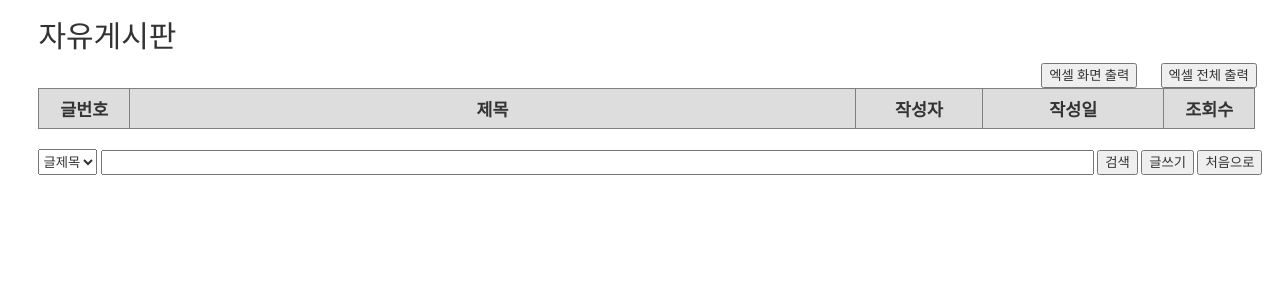
Repository: sser98/bowtech
Page: http://localhost/Board/WEB-INF/views/tiles1/board/list.jsp
These files come from the project's save history. The page is drawn as it stood at one moment and after the next save; the edit follows.
The browser window is 1280 px wide. The pictures show the whole page.
The page is served by Tomcat 9. Nobody is signed in. Other server files are loaded and not shown. The template is opened directly, without the code that normally fills it, so the values that code supplies are empty.

Above is the page before, as saved 2021-03-09 07:00:56.

### Board/src/main/webapp/WEB-INF/views/tiles1/board/list.jsp
<%@ page language="java" contentType="text/html; charset=UTF-8"
    pageEncoding="UTF-8"%>

<%@ taglib prefix="c" uri="http://java.sun.com/jsp/jstl/core" %>
<%@ taglib prefix="fmt" uri="http://java.sun.com/jstl/fmt" %>
<%@ taglib prefix="fn" uri="http://java.sun.com/jsp/jstl/functions" %>
<% String ctxPath = request.getContextPath(); %>

  <script src="https://ajax.googleapis.com/ajax/libs/jquery/3.5.1/jquery.min.js"></script>
  <script src="https://maxcdn.bootstrapcdn.com/bootstrap/3.4.1/js/bootstrap.min.js"></script>
  <link rel="stylesheet" href="https://maxcdn.bootstrapcdn.com/bootstrap/3.4.1/css/bootstrap.min.css">

<style type="text/css">

	* {
		font-family: "제주고딕";
		font-size: 10pt;
	}

	th {
		font-size: 13pt;
	}

	td {
		font-family: "제주고딕";
		font-size: 10pt;
	}

   table, th, td {border: solid 1px gray;}


    #table {width: 98%; border-collapse: collapse;}
    #table th, #table td {padding: 5px;}
    #table th {background-color: #DDD;}
    .subjectStyle {font-weight: bold;
                   color: navy;
                   cursor: pointer;}


    #searchWord {
    	width: 80%;
    }

    tr {
    	height: 30pt;
    }

    div#mycontent {
	    min-height: 600px;
	    padding-top: 20px;
    }

</style>

<script type="text/javascript">

   $(document).ready(function(){


      $("span.subject").bind("mouseover", function(event){
         var $target = $(event.target);
         $target.addClass("subjectStyle");

      });


      $("span.subject").bind("mouseout", function(event){
         var $target = $(event.target);
         $target.removeClass("subjectStyle");
      });


      $("input#searchWord").keyup(function(event){
         if(event.keyCode == 13) {
            // 엔터를 했을 경우
            goSearch();
         }

      });

      $("div#displayList").hide();

     // === #107. 검색어 입력시 자동글 완성하기 2 === //
      $("div#displayList").hide();
      $("input#searchWord").keyup(function(){

         var wordLength = $(this).val().length;
         // 검색어의 길이를 알아온다.

         if(wordLength == 0) {
            $("div#displayList").hide();
            // 검색어 입력후 백스페이스키를 눌러서 검색어를 모두 지우면 검색된 내용이 안 나오도록 해야 한다.
         }

         else {
            $.ajax({
               url:"<%= request.getContextPath()%>/wordSearchShow.action",
               type:"GET",
               data:{"searchType":$("select#searchType").val()
                   ,"searchWord":$("input#searchWord").val()},
               dataType:"JSON",
               success:function(json){
                  // === #112. 검색어 입력시 자동글 완성하기 7 === //
                  if(json.length > 0) {
                     // 검색된 데이터가 있는 경우임.

                     var html = "";

                     $.each(json, function(index, item){
                        var word = item.word;
                        var index = word.toLowerCase().indexOf($("input#searchWord").val().toLowerCase());
                        var len = $("input#searchWord").val().length;
                        var result = "<span style='color:blue;'>"+word.substr(0, index)+"</span><span style='color:red;'>"+word.substr(index, len)+"</span><span style='color:blue;'>"+word.substr(index+len)+"</span>";
                        html += "<span style='cursor:pointer;' class='result'>"+result+"</span><br>";
                     });

                     $("div#displayList").html(html);
                     $("div#displayList").show();

                  }
               },

               error: function(request, status, error){
                  alert("code: "+request.status+"\n"+"message: "+request.responseText+"\n"+"error: "+error);
                }
            });
         }

      });// end of $("input#searchWord").keyup()-----------------


     // === #113. 검색어 입력시 자동글 완성하기 8 === //
      $(document).on("click",".result",function(){
         var word = $(this).text();
         $("input#searchWord").val(word); // 텍스트박스에 검색된 결과의 문자열을 입력해준다.
         $("div#displayList").hide();
         goSearch();
      });



      // 검색시 검색조건 및 검색어 값 유지시키기
      if( ${not empty paraMap} ) {  // 또는 if( ${paraMap != null} ) {
         $("select#searchType").val("${paraMap.searchType}");
         $("input#searchWord").val("${paraMap.searchWord}");
      }




	   ///// === Excel 파일로 다운받기 시작 === /////
	   $("button#btnAllExcel").click(function(){


		   alert("AllExcel을 클릭 하였습니다.");
		   var frm = document.searchFrm;
		   frm.method = "POST";
		   frm.action = "<%= request.getContextPath()%>/downloadExcelFile.action";
		   frm.submit();
	   });

	   ///// === Excel 파일로 다운받기 끝 === /////

	   ///// === Excel 파일로 다운받기 시작 === /////
	   $("button#btnPageExcel").click(function(){

		   $("input#downLoadType").val("Y");
		   alert("PageExcel을 클릭 하였습니다.");
		   var frm = document.searchFrm;
		   frm.method = "POST";
		   frm.action = "<%= request.getContextPath()%>/downloadExcelFile.action";
		   frm.submit();

		   $("input#downLoadType").val("");
	   });

	   ///// === Excel 파일로 다운받기 끝 === /////

   });// end of $(document).ready(function(){})-------------------


   function goView(seq) {

      // === #124. 페이징 처리되어진 후 특정 글제목을 클릭하여 상세내용을 본 이후
      //           사용자가 목록보기 버튼을 클릭했을때 돌아갈 페이지를 알려주기 위해
      //           현재 페이지 주소를 뷰단으로 넘겨준다.
      var frm = document.goViewFrm;
      frm.seq.value = seq;

      var word=$("input#searchWord").val();
      var type=$("select#searchType").val();

      $("input[name=type]").val(type);
      $("input[name=word]").val(word);

      frm.method = "GET";
      frm.action = "<%= ctxPath%>/view.action";
      frm.submit();

   }// end of function goView(seq){}----------------------------------------------


   function goSearch() {
      var frm = document.searchFrm;
      frm.method = "GET";
      frm.action = "<%= request.getContextPath()%>/list.action";
      frm.submit();
   }// end of function goSearch() {}-----------------------


   function Write() {

	   location.href="<%=ctxPath%>/add.action";
   }


   function list() {

	   location.href="<%=ctxPath%>/list.action";
   }








</script>


<div style="padding-left: 3%;">
   <h2 style="margin-top: 20px;">자유게시판</h2>
   	<button id="btnAllExcel" style="float: right; margin-right: 17.4pt;">엑셀 전체 출력</button>
   	<button id="btnPageExcel" style="float: right; margin-right: 17.4pt;">엑셀 화면 출력</button>
   <table id="table">

      <tr>
         <th class="number" style="width: 50px;  text-align: center;">글번호</th>
         <th class="title"  style="width: 400px; text-align: center;">제목</th>
         <th class="author" style="width: 70px;  text-align: center;">작성자</th>
         <th class="registerdate" style="width: 100px; text-align: center;">작성일</th>
         <th class="viewcount" style="width: 50px;  text-align: center;">조회수</th>
      </tr>



      <c:forEach var="boardvo" items="${boardList}" varStatus="i">

	      <c:set var="subjectVal" value="${boardvo.subject}"/>
	      <c:set var="date" value="${boardvo.regDate}"/>
	      <c:set var="status" value="${boardvo.status}"/>
	      <c:set var="m" value="${i.index}"/>
	      <c:set var="num" value="${number-m}"/>

        <%-- === 글이 삭제된 경우 === --%>
        <c:choose>
	        <c:when test="${boardvo.status == 0}">
	        	<tr>
            	<td align="center">${num}</td>
	          	<td align="left">

	               <%-- 답변글이 아닌 원글인 경우 --%>
	               <c:if test="${boardvo.depthno == 0}">
							<span class="subject" style="color: gray;">작성자에 의해 삭제된 글입니다.</span>
	               </c:if>

	               <%-- 답변글인 경우 --%>
	               <c:if test="${boardvo.depthno > 0}">
	                  <span class="subject" style="color: gray;"><span style=" font-style: italic; padding-left: ${boardvo.depthno * 20}px;">└Re&nbsp;</span>작성자에 의해 삭제된 글입니다.</span>
	               </c:if>
	            </td>

	             <%-- === 댓글쓰기 및 답변형 및 파일첨부가 있는 게시판 끝 === --%>
			     <td align="center"><c:out value="${boardvo.name}"></c:out></td>
			     <td align="center">${fn:substring(date,0,10)}</td>
			     <td align="center">${boardvo.readCount}</td>
			  </tr>
	      	 </c:when>

	      	 <c:otherwise>
	      		<tr>
            	<td align="center">${num}</td>
	          	<td align="left">

			          <%-- === 댓글쓰기 및 답변형 및 파일첨부가 있는 게시판 시작 === --%>

			          <%-- 첨부파일이 없는 경우 --%>
			          <c:if test="${boardvo.fileName eq '0'}">
			               <%-- 답변글이 아닌 원글인 경우 --%>
			               <c:if test="${boardvo.depthno == 0}">
			                  <c:if test="${boardvo.commentCount > 0}">
									<span class="subject" onclick="goView('${boardvo.seq}')"><c:out value="${subjectVal}"></c:out><span style="vertical-align: super;">[<span style="color: red; font-size: 9pt; font-style: italic; font-weight: bold;">${boardvo.commentCount}</span>]</span> </span>
			                  </c:if>

			                  <c:if test="${boardvo.commentCount == 0}">

			                  	<c:choose>
			                  	<c:when test="${fn:length(subjectVal) > 60}">
			                  		<span class="subject" onclick="goView('${boardvo.seq}')"><c:out value=" ${fn:substring(subjectVal,0,60)}..."></c:out> </span>
			                  	</c:when>

			                  	<c:otherwise>
			                  		<span class="subject" onclick="goView('${boardvo.seq}')"><c:out value="${boardvo.subject}"></c:out></span>
			                  	</c:otherwise>
			                  	</c:choose>
			                </c:if>
			          </c:if>


			               <%-- 답변글인 경우 --%>
			               <c:if test="${boardvo.depthno > 0}">

			                  <c:if test="${boardvo.commentCount > 0}">
			                  <span class="subject" onclick="goView('${boardvo.seq}')"><span style="color: red; font-style: italic; padding-left: ${boardvo.depthno * 20}px;">└Re&nbsp;</span>${boardvo.subject} <span style="vertical-align: super;">[<span style="color: red; font-size: 9pt; font-style: italic; font-weight: bold;">${boardvo.commentCount}</span>]</span> </span>
			                  </c:if>

			                  <c:if test="${boardvo.commentCount == 0}">
			                  <span class="subject" onclick="goView('${boardvo.seq}')"><span style="color: red; font-style: italic; padding-left: ${boardvo.depthno * 20}px;">└Re&nbsp;</span>${boardvo.subject}</span>
			                  </c:if>
			               </c:if>
			          </c:if>


			          <%-- 첨부파일이 있는 경우 --%>
			          <c:if test="${boardvo.fileName ne '0'}">

			               <%-- 답변글이 아닌 원글인 경우 --%>
			               <c:if test="${boardvo.depthno == 0}">

			                  <c:if test="${boardvo.commentCount > 0}">

			                  <span class="subject" onclick="goView('${boardvo.seq}')">${boardvo.subject} <span style="vertical-align: super;">[<span style="color: red; font-size: 9pt; font-style: italic; font-weight: bold;">${boardvo.commentCount}</span>]</span> </span> &nbsp;<img src="<%= request.getContextPath()%>/resources/images/disk.gif" />
			                  </c:if>
			                  <c:if test="${boardvo.commentCount == 0}">
			                  <span class="subject" onclick="goView('${boardvo.seq}')">${boardvo.subject}</span> &nbsp;<img src="<%= request.getContextPath()%>/resources/images/disk.gif" />
			                  </c:if>
			               </c:if>

			               <%-- 답변글인 경우 --%>
			               <c:if test="${boardvo.depthno > 0}">
			                  <c:if test="${boardvo.commentCount > 0}">
			                  <span class="subject" onclick="goView('${boardvo.seq}')"><span style="color: red; font-style: italic; padding-left: ${boardvo.depthno * 20}px;">└Re&nbsp;</span>${boardvo.subject} <span style="vertical-align: super;">[<span style="color: red; font-size: 9pt; font-style: italic; font-weight: bold;">${boardvo.commentCount}</span>]</span> </span> &nbsp;<img src="<%= request.getContextPath()%>/resources/images/disk.gif" />
			                  </c:if>

			                  <c:if test="${boardvo.commentCount == 0}">
			                  <span class="subject" onclick="goView('${boardvo.seq}')"><span style="color: red; font-style: italic; padding-left: ${boardvo.depthno * 20}px;">└Re&nbsp;</span>${boardvo.subject}</span> &nbsp;<img src="<%= request.getContextPath()%>/resources/images/disk.gif" />
			                  </c:if>
			               </c:if>
			          </c:if>


			     </td>
			     		<%-- === 댓글쓰기 및 답변형 및 파일첨부가 있는 게시판 끝 === --%>
			            <td align="center"><c:out value="${boardvo.name}"></c:out></td>
			            <td align="center">${fn:substring(date,0,10)}</td>
			            <td align="center">${boardvo.readCount}</td>
			  </tr>
			 </c:otherwise>
      	</c:choose>
      </c:forEach>
   </table>

   <%-- === #122. 페이지바 보여주기 === --%>
   <div align="center" style="width: 70%; border: solid 0px gray; margin: 20px auto;">
      ${pageBar}
   </div>


   <%-- ~~~~~~~~~~~~~~~~~~~~~~~~~~~~~~~~~~~~~~~~~~~~~~~~~~~
             페이징 처리되어진 후 특정 글제목을 클릭하여 상세내용을 본 이후
        사용자가 목록보기 버튼을 클릭했을때 돌아갈 페이지를 알려주기 위해
        현재 페이지 주소를 뷰단으로 넘겨준다. --%>

   <form name="goViewFrm">
      <input type="hidden" name="seq" />
      <input type="hidden" name="gobackURL" style="width: 100%;" value="${gobackURL}"/>
   </form>

   <%-- === #101. 글검색 폼 추가하기 : 글제목, 글쓴이로 검색을 하도록 한다. === --%>
   <form name="searchFrm" title="검색유형" style="margin-bottom: 20px;">
      <select name="searchType" id="searchType" style="height: 26px;">
         <option value="subject" title="글제목" selected>글제목</option>
         <option value="name" title="글쓴이" >글쓴이</option>
      </select>
      <input type="text" title="검색어 입력" name="searchWord" id="searchWord" size="40" autocomplete="off" />
      <input type="hidden" name="downLoadType" id="downLoadType"/>
      <button type="button" title="검색" onclick="goSearch();">검색</button>
      <button type="button" title="글쓰기 " onclick="Write();" >글쓰기</button>
      <button type="button" title="처음으로" onclick="list();" >처음으로</button>
   </form>

   <%-- === #106. 검색어 입력시 자동글 완성하기 1 === --%>
   <div id="displayList" style="border:solid 1px gray; border-top:0px; width:326px; height:100px; margin-left:70px; margin-top:-1px; overflow:auto;">
   </div>

</div>

After the next save:
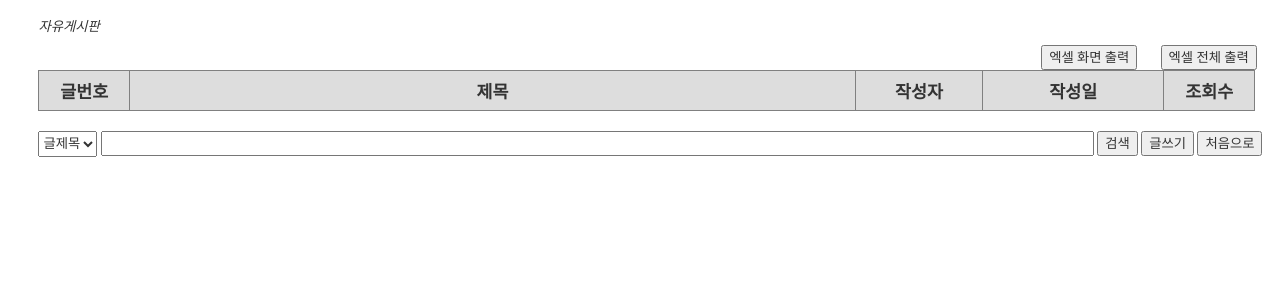
Saved 4 min 43 s later.
--- a/Board/src/main/webapp/WEB-INF/views/tiles1/board/list.jsp
+++ b/Board/src/main/webapp/WEB-INF/views/tiles1/board/list.jsp
@@ -230,7 +230,7 @@
 
 
 <div style="padding-left: 3%;">
-   <h2 style="margin-top: 20px;">자유게시판</h2>
+   <h2 style="margin-top: 20px;"><em>자유게시판</em></h2>
    	<button id="btnAllExcel" style="float: right; margin-right: 17.4pt;">엑셀 전체 출력</button>
    	<button id="btnPageExcel" style="float: right; margin-right: 17.4pt;">엑셀 화면 출력</button>
    <table id="table">

After the save that followed:
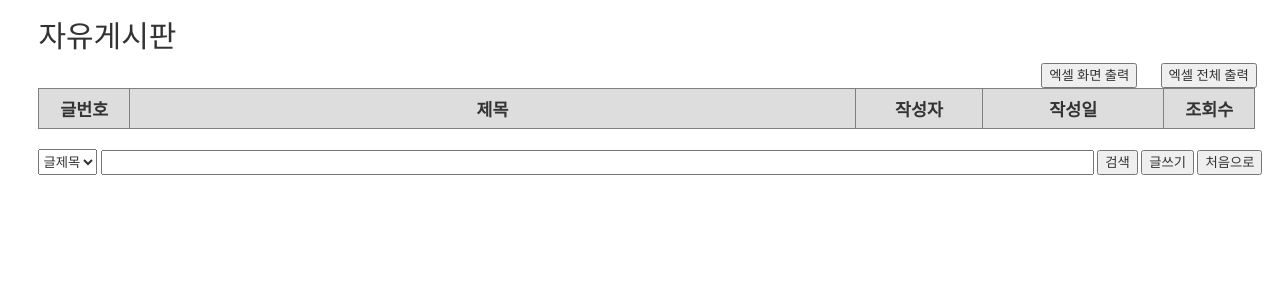
Saved 9 s later.
--- a/Board/src/main/webapp/WEB-INF/views/tiles1/board/list.jsp
+++ b/Board/src/main/webapp/WEB-INF/views/tiles1/board/list.jsp
@@ -230,7 +230,7 @@
 
 
 <div style="padding-left: 3%;">
-   <h2 style="margin-top: 20px;"><em>자유게시판</em></h2>
+   <h2 style="margin-top: 20px;">자유게시판</h2>
    	<button id="btnAllExcel" style="float: right; margin-right: 17.4pt;">엑셀 전체 출력</button>
    	<button id="btnPageExcel" style="float: right; margin-right: 17.4pt;">엑셀 화면 출력</button>
    <table id="table">
